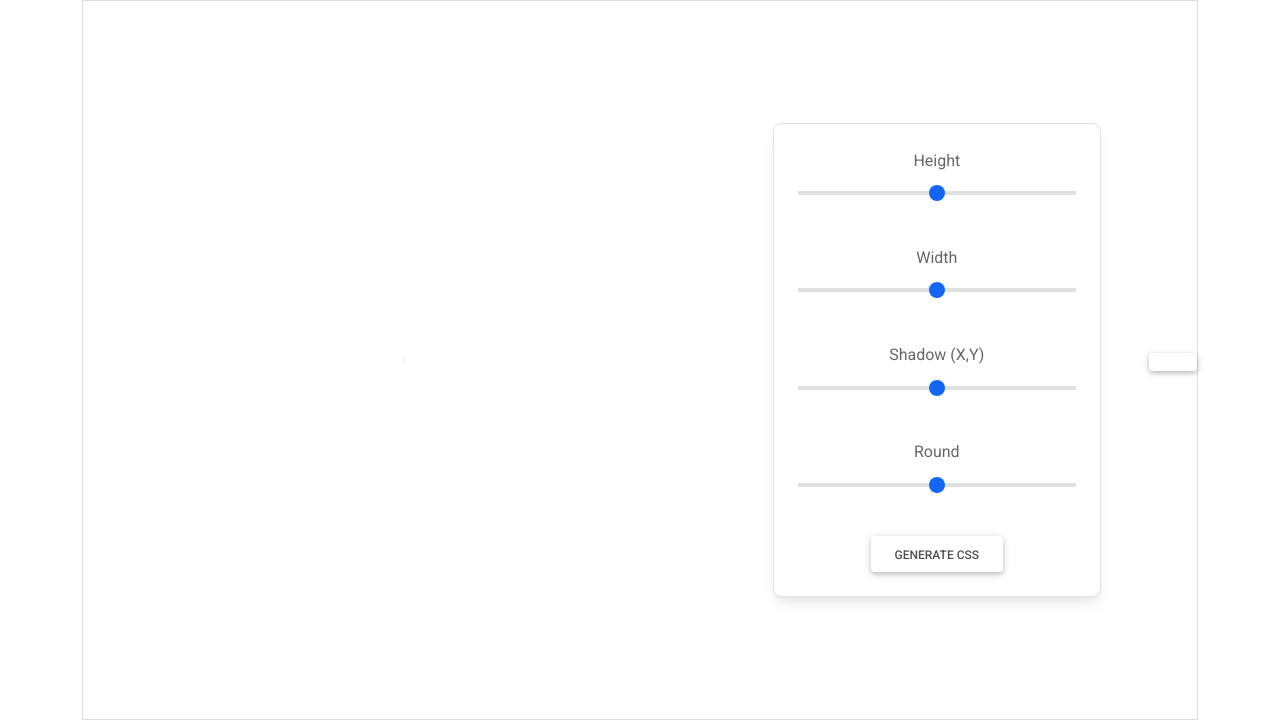
Repository: USaditya98/card-generator
Page: index.html
An editor plug-in stored every save of this project. The page is shown before and after the next save, followed by the edit.
The browser window is 1280 px wide. The pictures show the whole page.
After loading, the first visible `#clear` was clicked once.

Above is the page before, as saved 2021-10-20 13:21:26.

### index.html
<!DOCTYPE html>
<html lang="en">
  <head>
    <meta charset="UTF-8" />
    <meta name="viewport" content="width=device-width, initial-scale=1, shrink-to-fit=no" />
    <meta http-equiv="x-ua-compatible" content="ie=edge" />
    <title>Material Design for Bootstrap</title>
    <!-- MDB icon -->
    <link rel="icon" href="img/mdb-favicon.ico" type="image/x-icon" />
    <!-- Font Awesome -->
    <link rel="stylesheet" href="https://use.fontawesome.com/releases/v5.15.2/css/all.css" />
    <!-- Google Fonts Roboto -->
    <link
      rel="stylesheet"
      href="https://fonts.googleapis.com/css2?family=Roboto:wght@300;400;500;700;900&display=swap"
    />
    <!-- MDB -->
    <link rel="stylesheet" href="css/mdb.min.css" />
  </head>
  <body>
    <!-- Start your project here-->
    <div class="container">
      <div class="sm:flex-column d-flex justify-content-between align-items-center text-center border" style="height: 100vh;">
            <div class="d-flex justify-content-center align-items-center w-100 h-50" >
                <div class="text-center border " id="create">
                </div>
            </div>
            <div class="sm-w-100 border w-50 p-2 mx-5 card">
              <div class="m-3">
                  <label class="form-label" for="height">Height</label>
                  <div class="range">
                  <input type="range" class="form-range" id="height" min="0" max="500" step="10" onchange="changeHeight(this.value)"/>
                  </div>
              </div>
              <div class="m-3">
                  <label class="form-label" for="width">Width</label>
                  <div class="range">
                  <input type="range" class="form-range" id="width" min="0" max="500" step="10" onchange="changeWidth(this.value)" />
                  </div>
              </div>
              <div class="m-3">
                  <label class="form-label" for="shadow">Shadow (X,Y)</label>
                  <div class="range">
                  <input type="range" class="form-range" id="shadow" min="0" max="25" step="0.5" onchange="changeShadowXY(this.value)"/>
                  </div>
              </div>
              <div class="m-3">
                  <label class="form-label" for="radius">Round</label>
                  <div class="range">
                  <input type="range" class="form-range" id="radius" onchange="changeRadius(this.value)"/>
                  </div>
              </div>
              <div class="m-3">
                  <button class="btn" id="cssBtn">Generate CSS</button>
              </div>
            </div>
            <code id="generatedCss" >
              <button class="btn" id="clear" onclick="clearcontent()">Clear</button>
            </code>
      </div>

    </div>
    <!-- End your project here-->

    <!-- MDB -->
    <script type="text/javascript" src="js/mdb.min.js"></script>
    <!-- Custom scripts -->
    <script type="text/javascript">
      function clearcontent( ) {
        document.getElementById('clear').innerHTML = "";
    }
        function changeHeight(val) {
            document.getElementById('create').style.height = val + 'px';
        }
        function changeWidth(val) {
            document.getElementById('create').style.width = val + 'px';
        }
        function changeShadowXY(val) {
         // const shadowXY = document.getElementById('shadowBlur').value;
          //localStorage.shadowxy = val;
         // localStorage.shadowblur = shadowXY;
          //localStorage.setItem('shadowxy', val);
         // localStorage.setItem('shadowblur', shadowXY);
          document.getElementById('create').style.boxShadow = val + 'px' + ' ' + val + 'px' + ' ' + '16px' + ' ' +'0px' + ' ' +'lightgray';
        }

        function changeRadius(val) {
            document.getElementById('create').style.borderRadius  = val + '%' ;
        }
        const cssBtn = document.getElementById('cssBtn');
        cssBtn.addEventListener('click',generateCss);
        function generateCss(){

          var height = document.getElementById('height').value;
          var width = document.getElementById('width').value;
          var boxShadow = document.getElementById('shadow').value;
          var boxShadowColor = 'lightgray';
          var borderRadius = document.getElementById('radius').value;


          localStorage.setItem('height', height);
          localStorage.setItem('width', width);
          localStorage.setItem('boxShadow', boxShadow);
          localStorage.setItem('boxShadowColor', boxShadowColor);
          localStorage.setItem('borderRadius', borderRadius);


          var arr = ['height', 'width', 'box-shadow', 'border-radius'];
          var arrValue = [height+'px;', width+'px;', boxShadow+'px'+' '+boxShadow+'px'+' '+boxShadow+'px'+' '+boxShadowColor+';', borderRadius+'%;'];
          var cont = document.getElementById('generatedCss');
          // create ul element and set the attributes.
          var ul = document.createElement('ul');
          ul.setAttribute('style', 'padding: 0; margin: 0;');

          for (i = 0; i <= arr.length - 1; i++) {
              var li = document.createElement('li');     // create li element.
              li.innerHTML = arr[i] + ':' + arrValue[i] ;      // assigning text to li using array value.
              li.setAttribute('style', 'display: block;');    // remove the bullets.
              li.setAttribute('class', 'font-monospace');    // remove the bullets.

              ul.appendChild(li);     // append li to ul.
          }

          cont.appendChild(ul);
        }
    </script>
  </body>
</html>

Loaded but not shown: css/mdb.min.css (library); js/mdb.min.js (library)

After the next save:
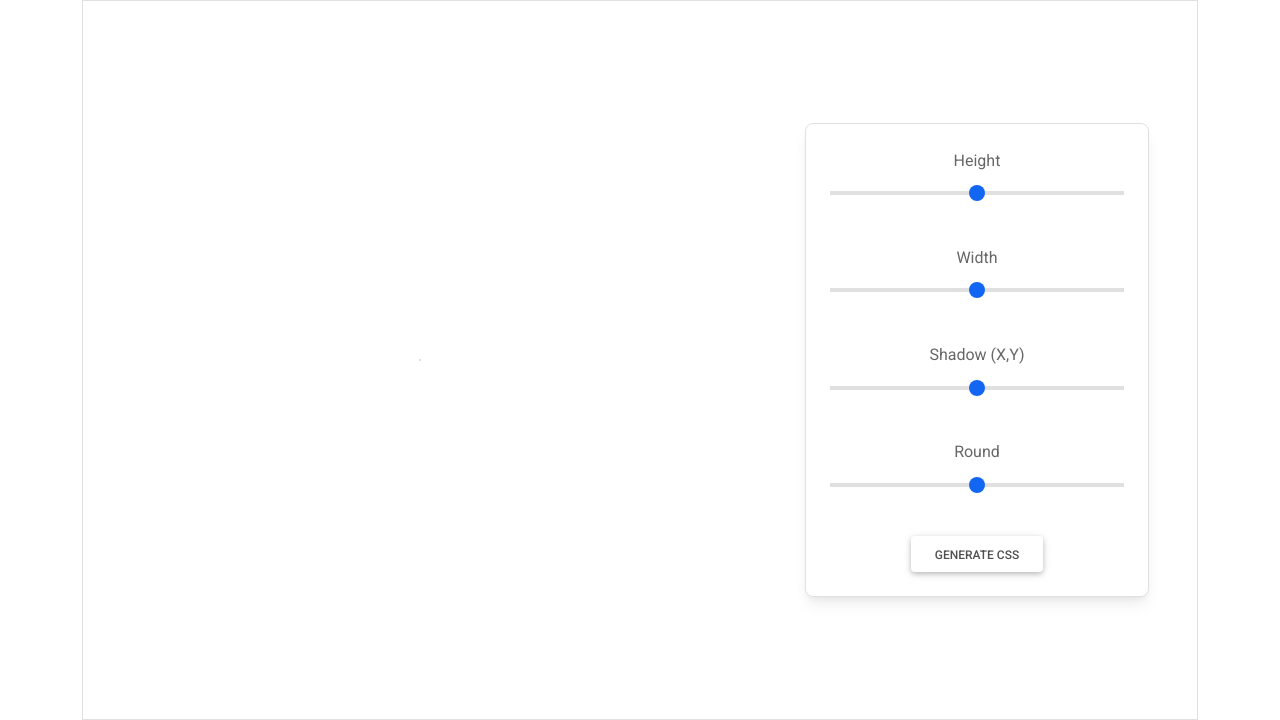
Saved 14 s later.
--- a/index.html
+++ b/index.html
@@ -67,7 +67,7 @@
     <!-- Custom scripts -->
     <script type="text/javascript">
       function clearcontent( ) {
-        document.getElementById('clear').innerHTML = "";
+        document.getElementById('generatedCss').innerHTML = "";
     }
         function changeHeight(val) {
             document.getElementById('create').style.height = val + 'px';
